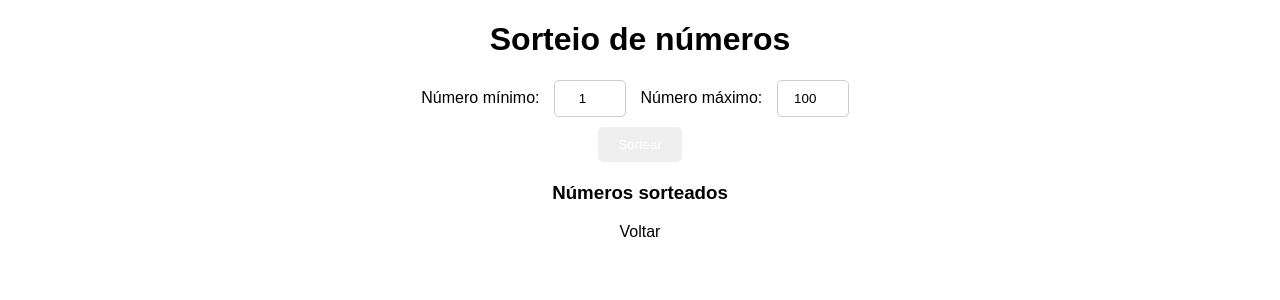
Repository: Matheus904-12/sorte
Page: sorteio-numeros.html
These files come from the project's save history. The page is drawn as it stood at one moment and after the next save; the edit follows.
The browser window is 1280 px wide. The pictures show the whole page.

Above is the page before, as saved 2023-09-10 19:30:54.

### sorteio-numeros.html
<!DOCTYPE html>
<html lang="pt-br">
<head>
  <meta charset="UTF-8">
  <meta name="viewport" content="width=device-width, initial-scale=1">
  <title>Sorteio de números</title>
  <style>
    body {
      font-family: Arial, sans-serif;
    }

    .container {
      width: 80%;
      margin: 0 auto;
      text-align: center;
    }

    h1 {
      font-size: 2em;
    }

    .range {
      margin-top: 20px;
    }

    input {
      width: 50px;
      padding: 10px;
      border: 1px solid #ccc;
      border-radius: 5px;
      margin: 0 10px;
      text-align: center;
    }

    button {
      padding: 10px 20px;
      background-color: ffd700;
      color: #fff;
      border: none;
      border-radius: 5px;
      cursor: pointer;
      margin-top: 10px;
    }

    button:hover {
      background-color: #0056b3;
    }

    #resultado {
      font-size: 2em;
      margin-top: 20px;
    }

    #lista-sorteados {
      list-style-type: none;
      padding: 0;
    }

    #lista-sorteados li {
      display: inline-block;
      font-size: 1.2em;
      margin: 5px;
      padding: 5px 10px;
      background-color: #f0f0f0;
      border-radius: 5px;
    }

    a {
      color: #000;
      text-decoration: none;
    }

    a:hover {
      text-decoration: underline;
    }
  </style>
</head>
<body>
  <div class="container">
    <h1>Sorteio de números</h1>
    <div class="range">
      <label for="min">Número mínimo:</label>
      <input type="number" id="min" value="1" class="form-control">
      <label for="max">Número máximo:</label>
      <input type="number" id="max" value="100" class="form-control">
    </div>
    <button id="sortear">Sortear</button>
    <div id="resultado"></div>

    <div id="sorteados">
      <h3>Números sorteados</h3>
      <ul id="lista-sorteados"></ul>
    </div>

    <a href="#" id="voltar" class="btn btn-secondary float-right">Voltar</a>
  </div>

  <script>
    function sortear(min, max) {
      var numero = Math.floor(Math.random() * (max - min + 1)) + min;
      document.querySelector("#resultado").textContent = numero;

      var sorteados = document.querySelector("#lista-sorteados");
      var li = document.createElement("li");
      li.textContent = numero;
      sorteados.appendChild(li);
    }

    document.querySelector("#sortear").addEventListener("click", function() {
      var min = parseInt(document.querySelector("#min").value);
      var max = parseInt(document.querySelector("#max").value);

      if (min <= max) {
        sortear(min, max);
      } else {
        alert("O número mínimo deve ser menor ou igual ao número máximo.");
      }
    });

    document.querySelector("#voltar").addEventListener("click", function() {
      window.history.back();
    });
  </script>
</body>
</html>

After the next save:
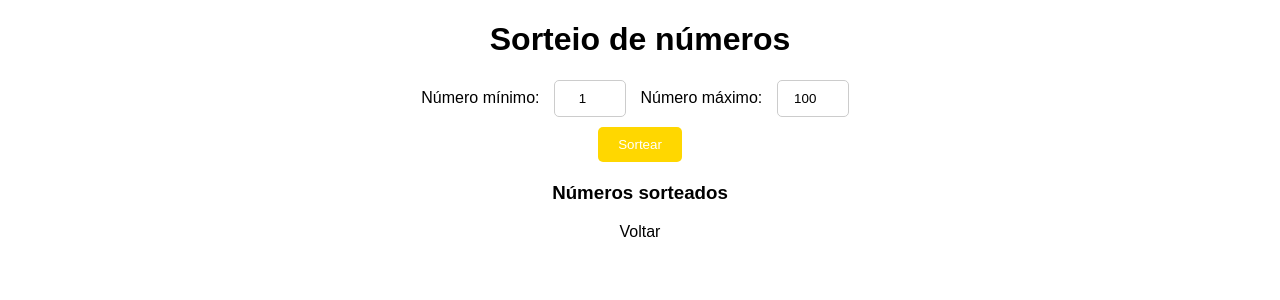
Saved 7 s later.
--- a/sorteio-numeros.html
+++ b/sorteio-numeros.html
@@ -34,7 +34,7 @@
 
     button {
       padding: 10px 20px;
-      background-color: ffd700;
+      background-color: #ffd700;
       color: #fff;
       border: none;
       border-radius: 5px;
